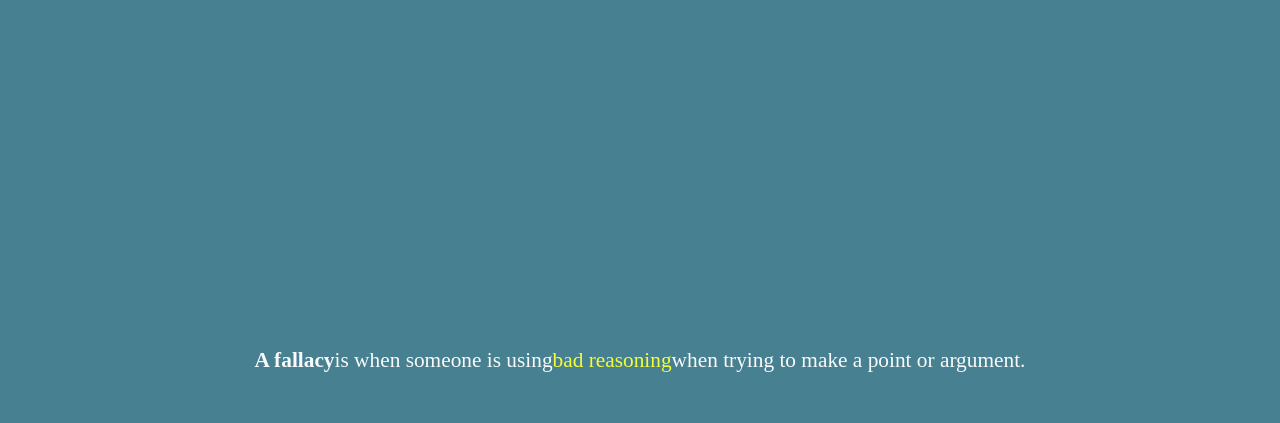
Repository: cindyvunguyen/fallacy
Page: index.html
The author's editor kept a copy of each file at every save. The page is drawn from the files as they stood at one save, then again after the next save.
The browser window is 1280 px wide. The pictures show the whole page.
Some web fonts or font styles are not loaded; a fallback is used.

Above is the page before, as saved 2020-03-13 19:42:13.

After the next save:
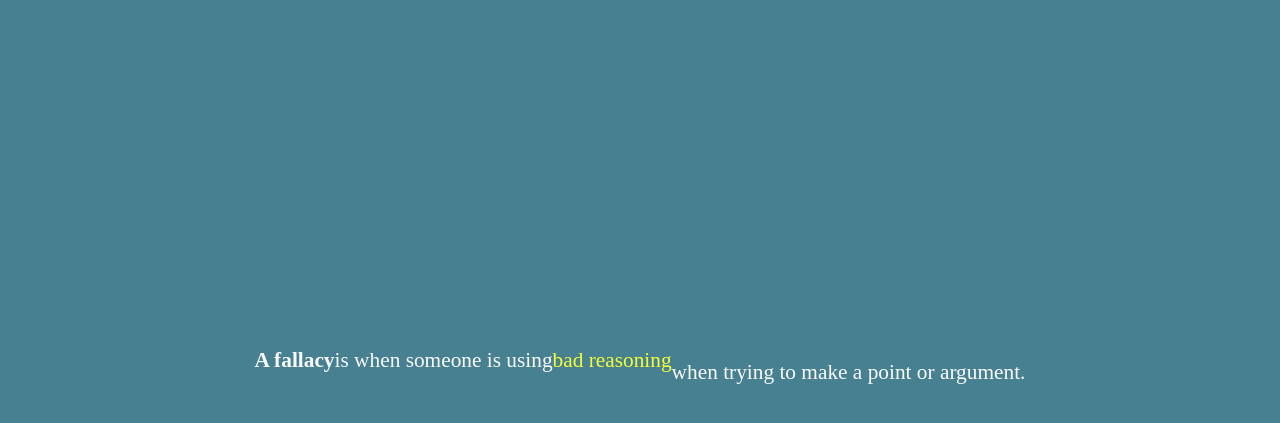
Saved 8 s later.
--- a/index.html
+++ b/index.html
@@ -51,7 +51,7 @@
         <div id="review-page">LET'S SUM UP<br>WHAT WE'VE GOT SO FAR!</div>
 
         <div id="review2-page">
-            <span id="r2-bold">A fallacy </span> is when someone is using <span id="r2-emphasis"> bad reasoning </span> when trying to make a point or argument.
+            <span id="r2-bold">A fallacy </span> is when someone is using <span id="r2-emphasis"> bad reasoning </span><br>when trying to make a point or argument.
         </div>
 
         <div id="fallacy-review-page"></div>

After the 2 saves that followed:
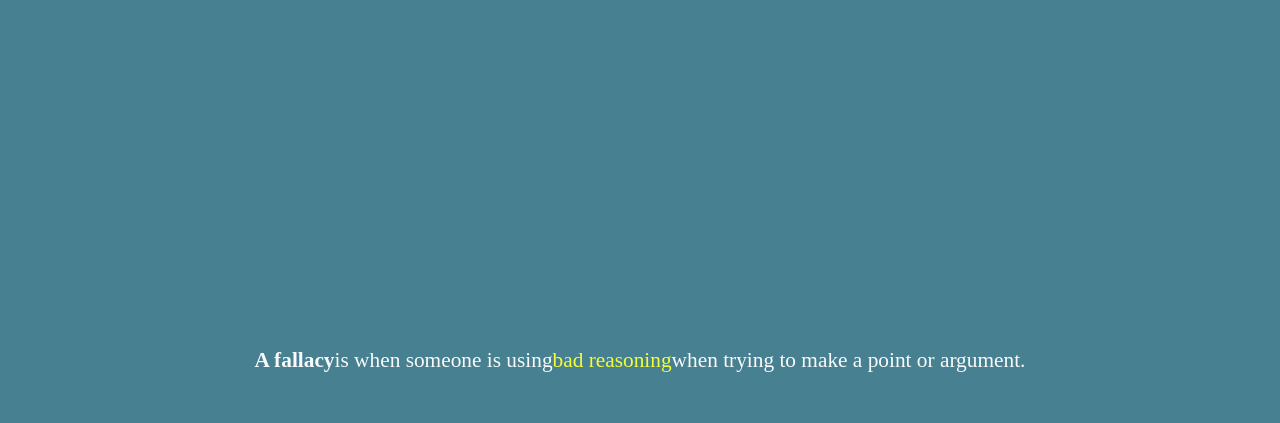
The 2 saves are shown as one change because 1 left the picture as it was.
The last was saved 49 s later.
--- a/index.html
+++ b/index.html
@@ -51,7 +51,7 @@
         <div id="review-page">LET'S SUM UP<br>WHAT WE'VE GOT SO FAR!</div>
 
         <div id="review2-page">
-            <span id="r2-bold">A fallacy </span> is when someone is using <span id="r2-emphasis"> bad reasoning </span><br>when trying to make a point or argument.
+            <span id="r2-bold">A fallacy </span> is when someone is using <span id="r2-emphasis"> bad reasoning </span> when trying to make a point or argument.
         </div>
 
         <div id="fallacy-review-page"></div>
